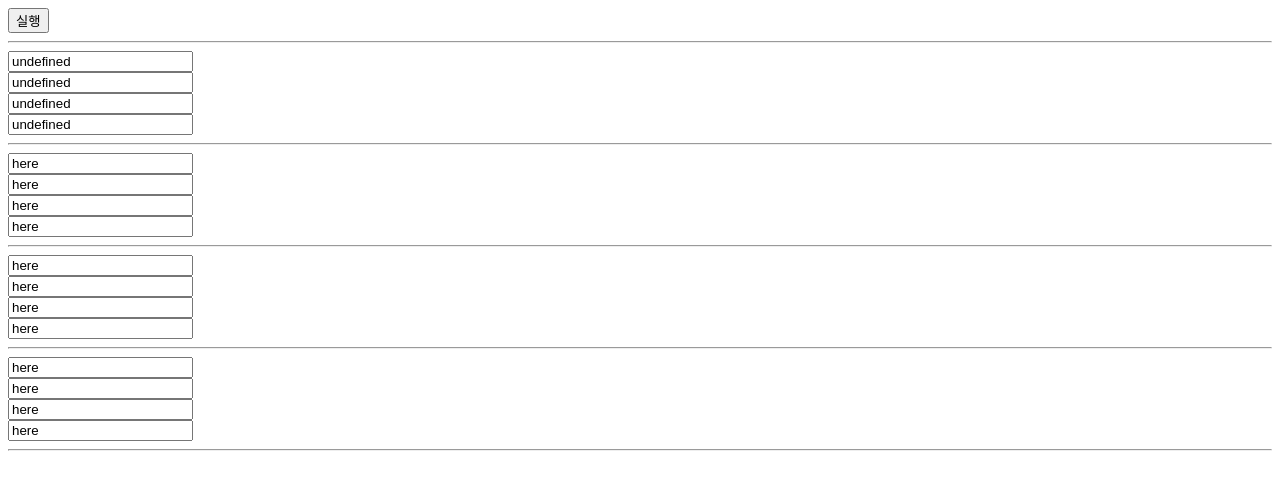
Repository: jinseon5462/Study_Jsp2
Page: http://localhost/ajax_crud/listView.jsp
An editor plug-in stored every save of this project. The page is shown before and after the next save, followed by the edit.
The browser window is 1280 px wide. The pictures show the whole page.
After loading, the first visible `#btn` was clicked once.
The page is served by Tomcat 9.

Above is the page before, as saved 2023-01-03 12:35:51.

After the next save:
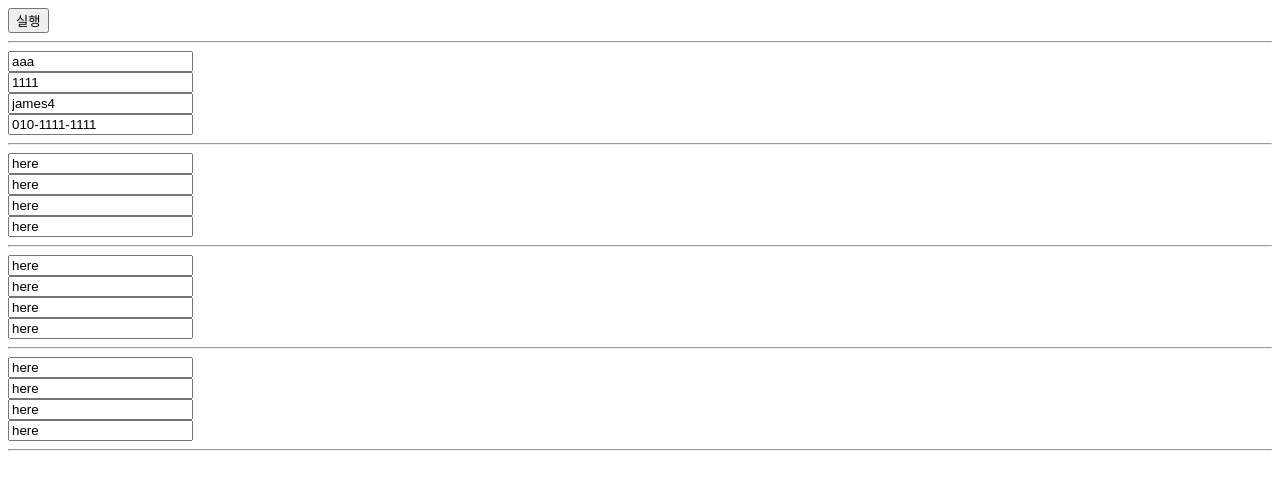
Console error: TypeError: Cannot read properties of undefined (reading 'id')
Saved 48 s later.
--- a/jsp_ws/ajax_crud/src/main/webapp/listView.jsp
+++ b/jsp_ws/ajax_crud/src/main/webapp/listView.jsp
@@ -46,11 +46,12 @@
 				tbody.innerHTML += "<tr><td>" + obj[i].id + "</td><td>" + obj.pw + "</td><td>" + obj.name + "</td><td>" + obj.tel + "</td></tr>";
 			} */
 
-
-			document.getElementById("id").value = obj.id;
-			document.getElementById("pw").value = obj.pw;
-			document.getElementById("name").value = obj.name;
-			document.getElementById("tel").value = obj.tel;
+			for(var i = 0; obj.length; i++){
+				document.getElementById("id").value = obj[i].id;
+				document.getElementById("pw").value = obj[i].pw;
+				document.getElementById("name").value = obj[i].name;
+				document.getElementById("tel").value = obj[i].tel;
+			}
 		}
 		xhttp.open("GET", "text.txt");
 		xhttp.send();
